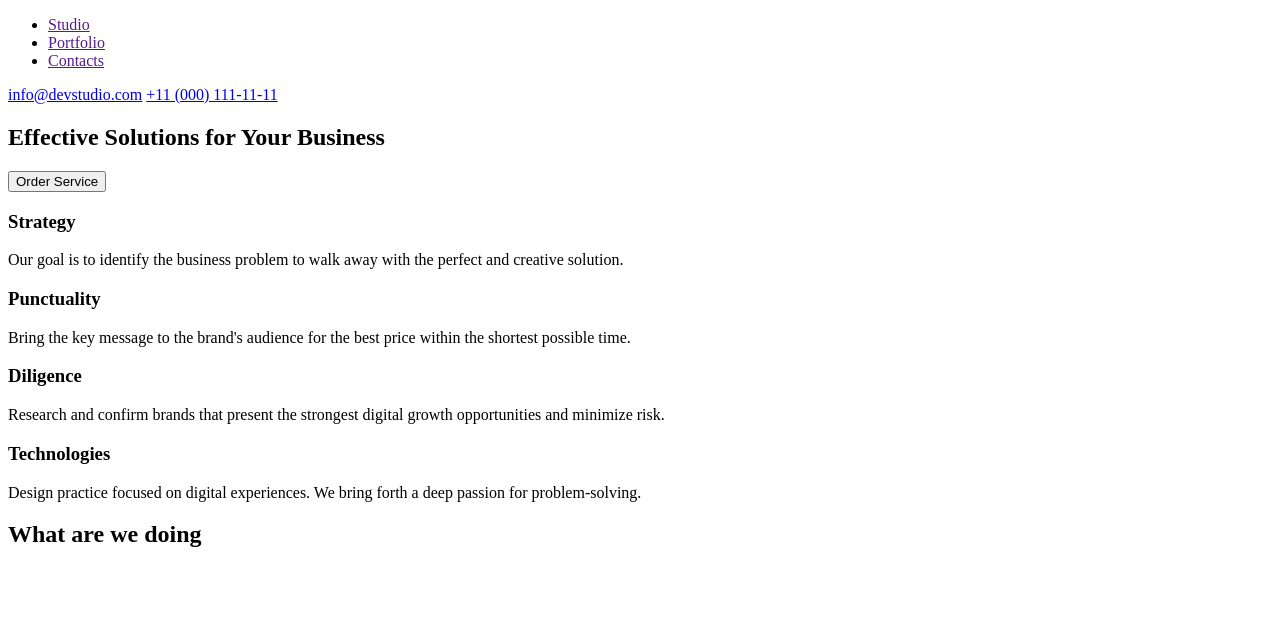
Repository: GrishchenkoNataliya/goit-markup-hw-02
Page: index.html
These files come from the project's save history. The page is drawn as it stood at one moment and after the next save; the edit follows.
The browser window is 1280 px wide. The pictures show the whole page.

Above is the page before, as saved 2023-02-25 22:41:49.

After the next save:
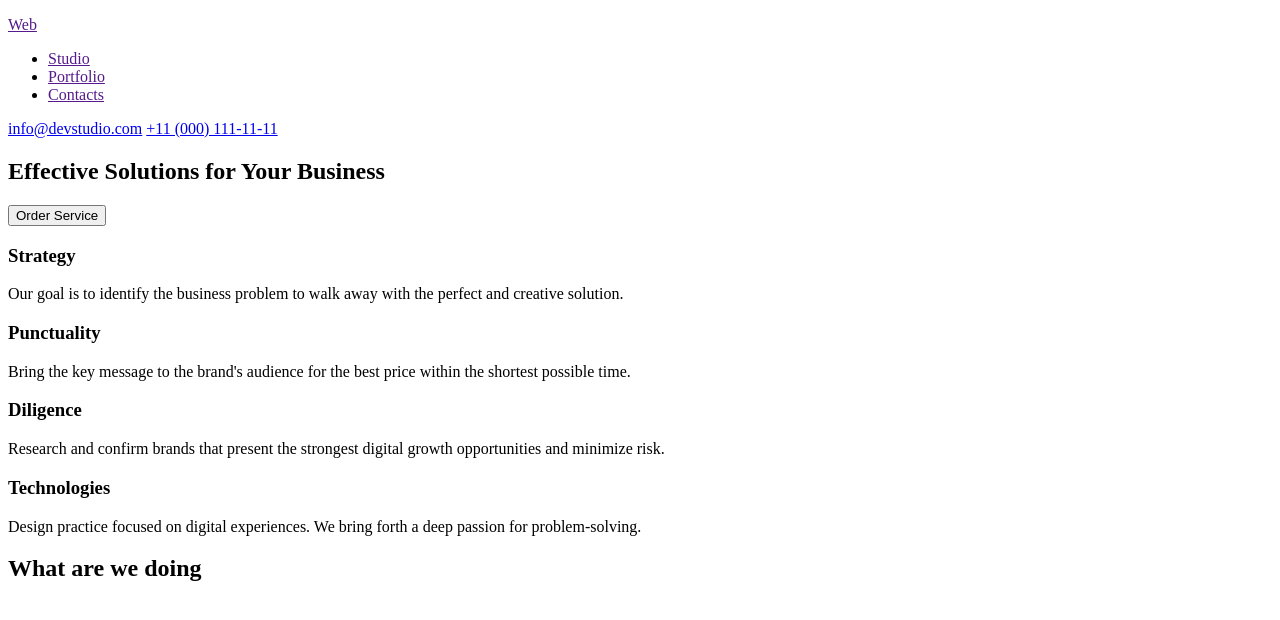
Saved 57 s later.
--- a/index.html
+++ b/index.html
@@ -10,7 +10,7 @@
     <header>
       <nav></nav>
       <p>
-        <a href=""></a>
+        <a href="">Web</a>
         <!-- <a href="./index.html"
           ><img src="./images/logo.svg" alt="site logo" /><img
             src="./images/logo2.svg"
